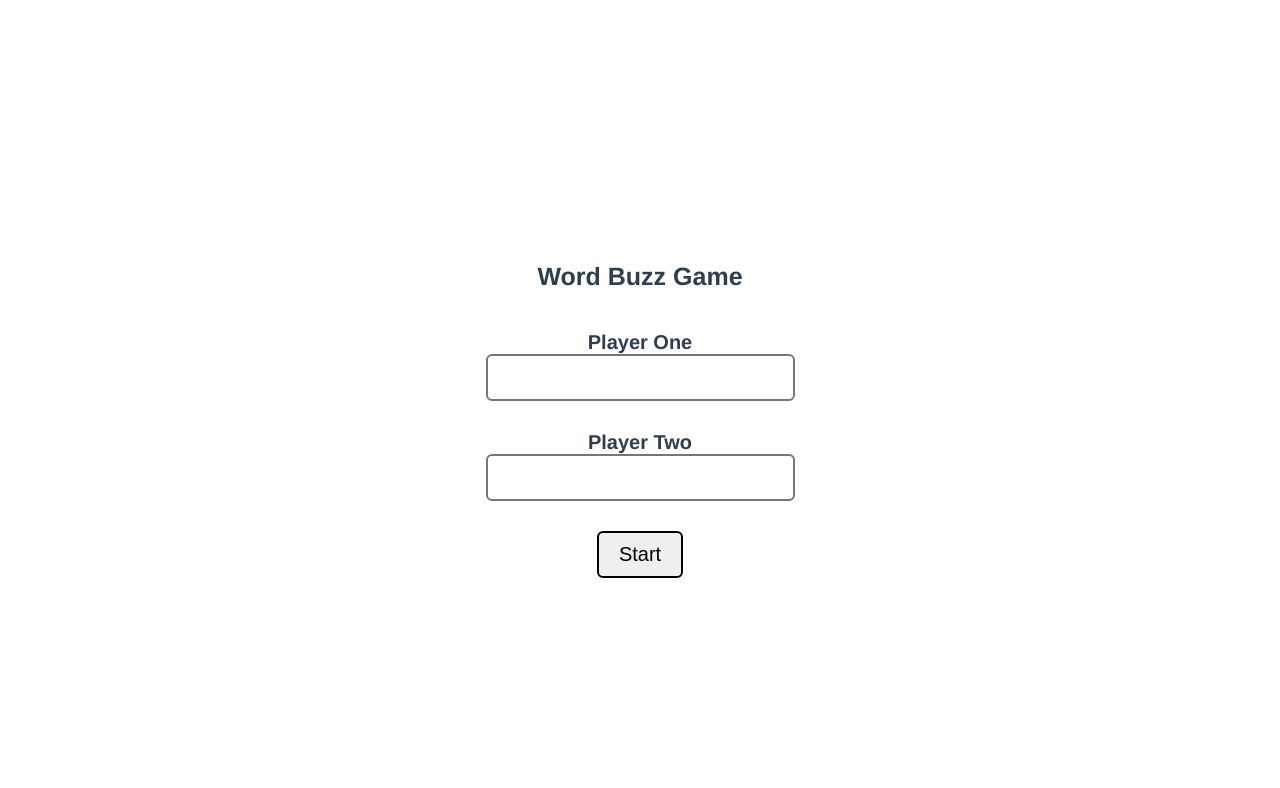
Repository: victorighalo/word-buzz-vue
Page: /
An editor plug-in stored every save of this project. The page is shown before and after the next save, followed by the edit.
The browser window is 1280 px wide. The pictures show the whole page.
The project was rebuilt for these pictures with package versions that can differ from the ones it lists, and the page was loaded fresh each time. Also part of the build but not shown: vue.config.js.

Above is the page before, as saved 2021-09-19 23:02:43.

After the next save:
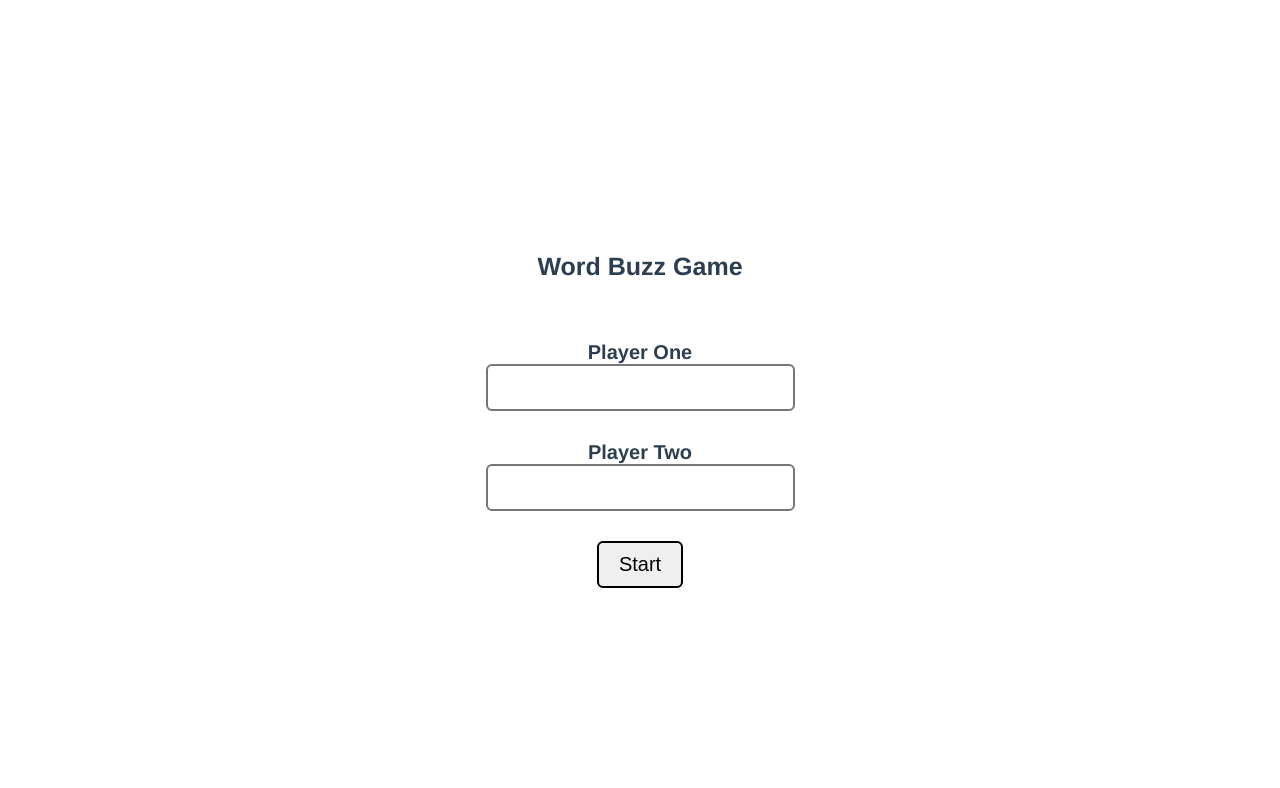
Saved 9 s later.
--- a/src/App.vue
+++ b/src/App.vue
@@ -69,7 +69,7 @@ h5{
     height:100%
 }
 .game > .container > .header{
-margin-bottom: 40px;
+margin-bottom: 60px;
 }
 .game > .container{
         width: 50%;
